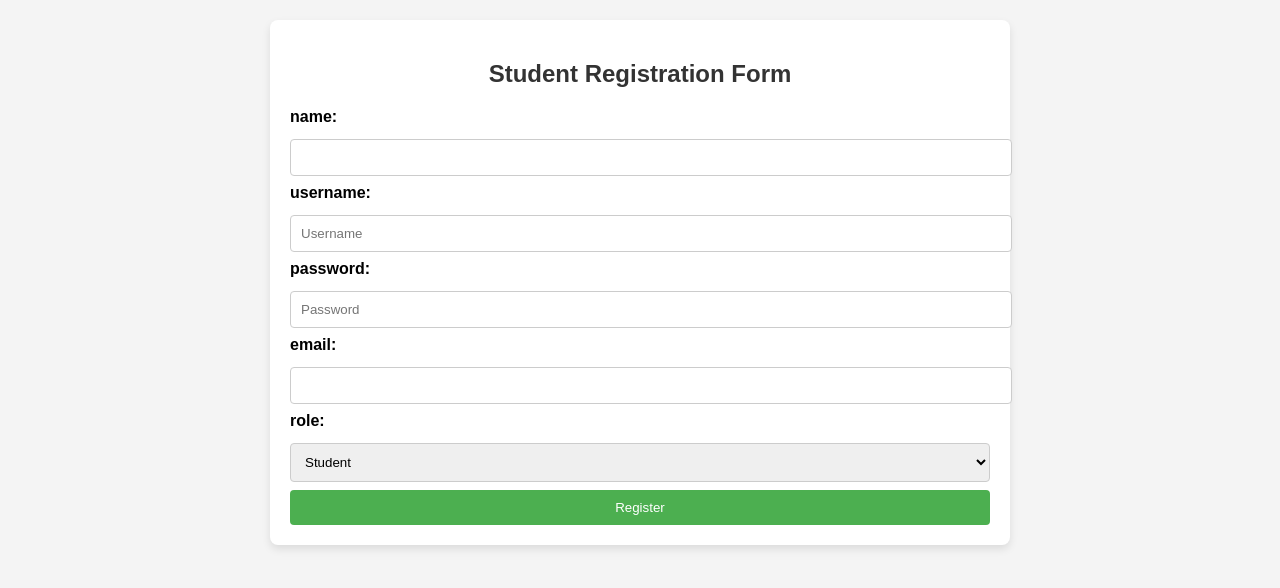
Repository: kkale14/My_allpr
Page: Kalyani1/src/main/webapp/Registration.html
An editor plug-in stored every save of this project. The page is shown before and after the next save, followed by the edit.
The browser window is 1280 px wide. The pictures show the whole page.

Above is the page before, as saved 2025-03-03 17:25:45.

After the next save:
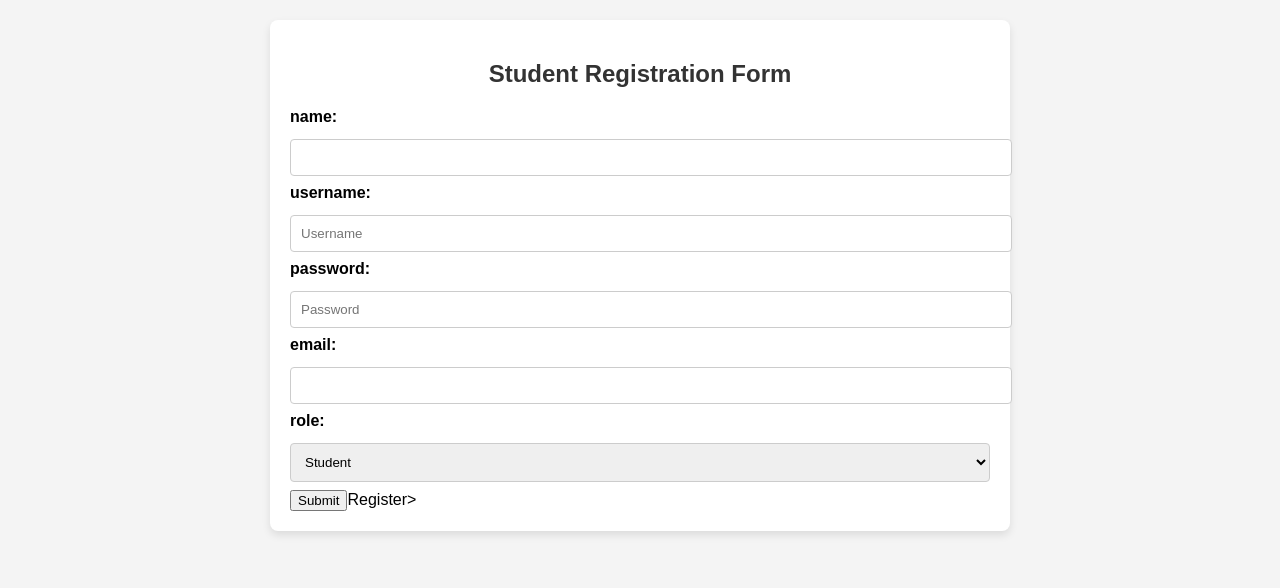
Saved 14 min 2 s later.
--- a/Kalyani1/src/main/webapp/Registration.html
+++ b/Kalyani1/src/main/webapp/Registration.html
@@ -89,7 +89,7 @@
 
 
             <!-- Submit Button -->
-            <button type="submit" value="Submit">Register</button>
+            <input type="submit" value="Submit">Register>
 
 
         </form>
